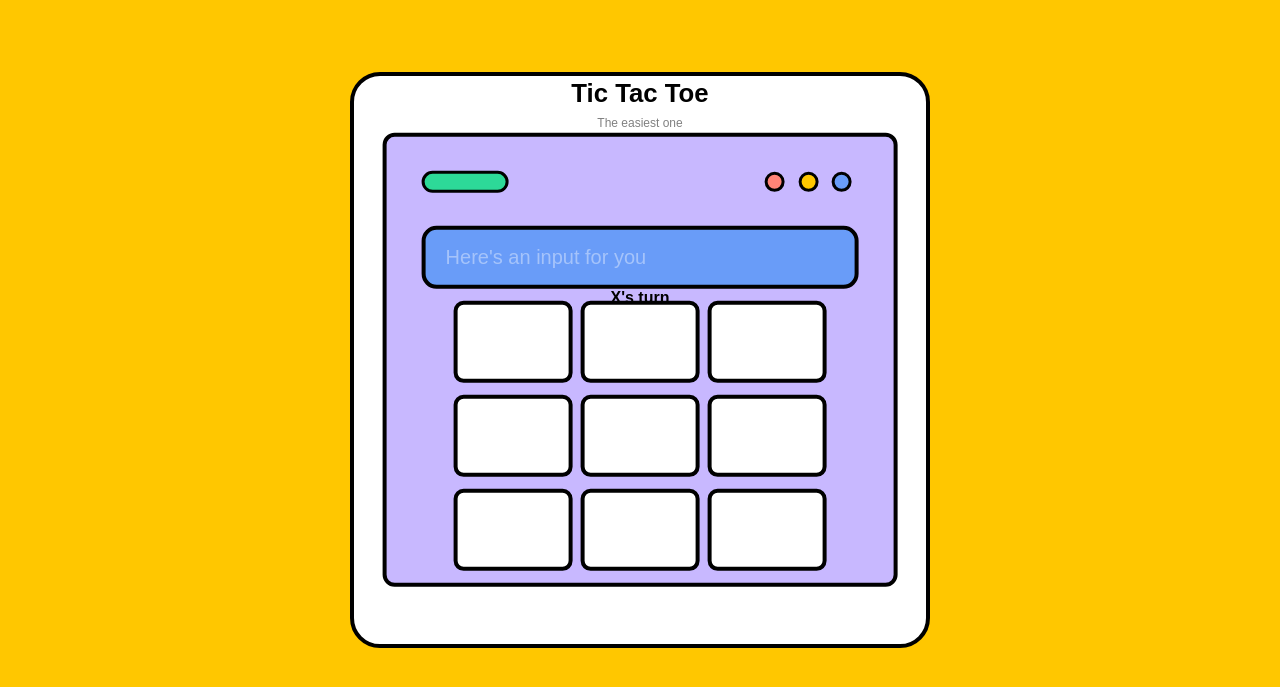
Repository: ThisIsSahaj/Js-Projects
Page: TIcTacToe/index.html
These files come from the project's save history. The page is drawn as it stood at one moment and after the next save; the edit follows.
The browser window is 1280 px wide. The pictures show the whole page.

Above is the page before, as saved 2024-05-04 11:27:33.

After the next save:
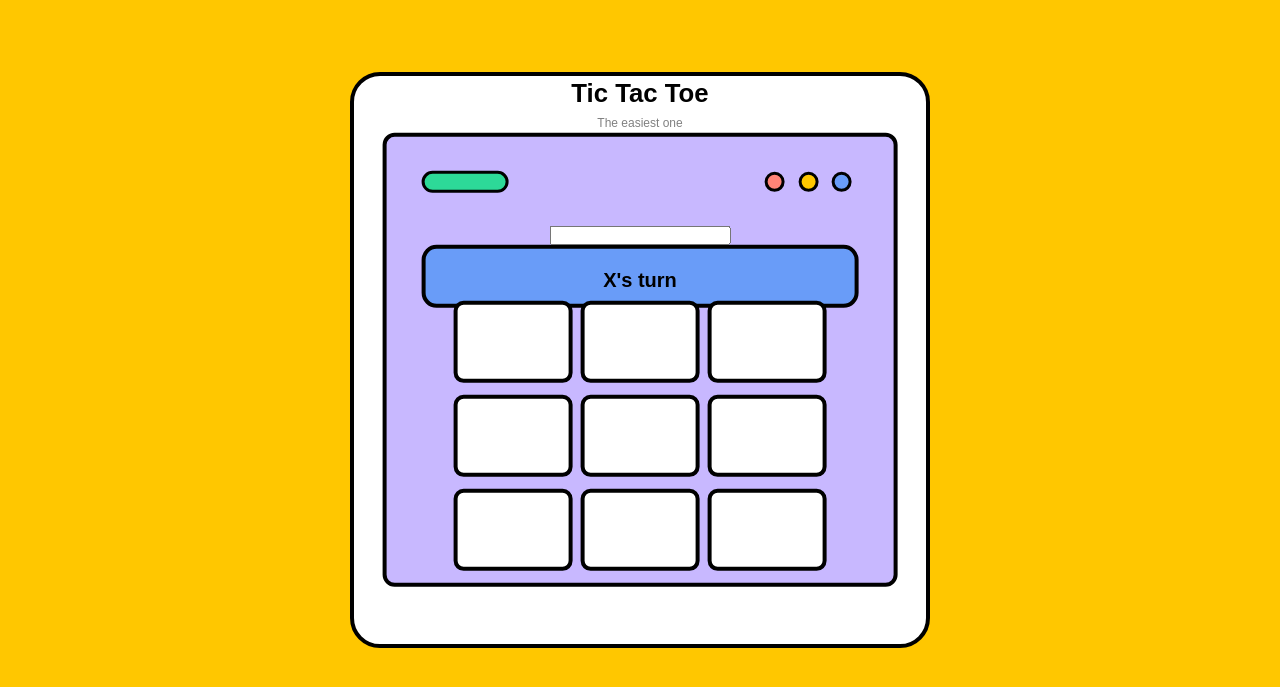
Saved 18 s later.
--- a/TIcTacToe/style.css
+++ b/TIcTacToe/style.css
@@ -147,7 +147,7 @@ html{
     height: 14%;
 }
 
-input{
+.display{
     width: 100%;
     height: 100%;
     border-radius: 15px;
